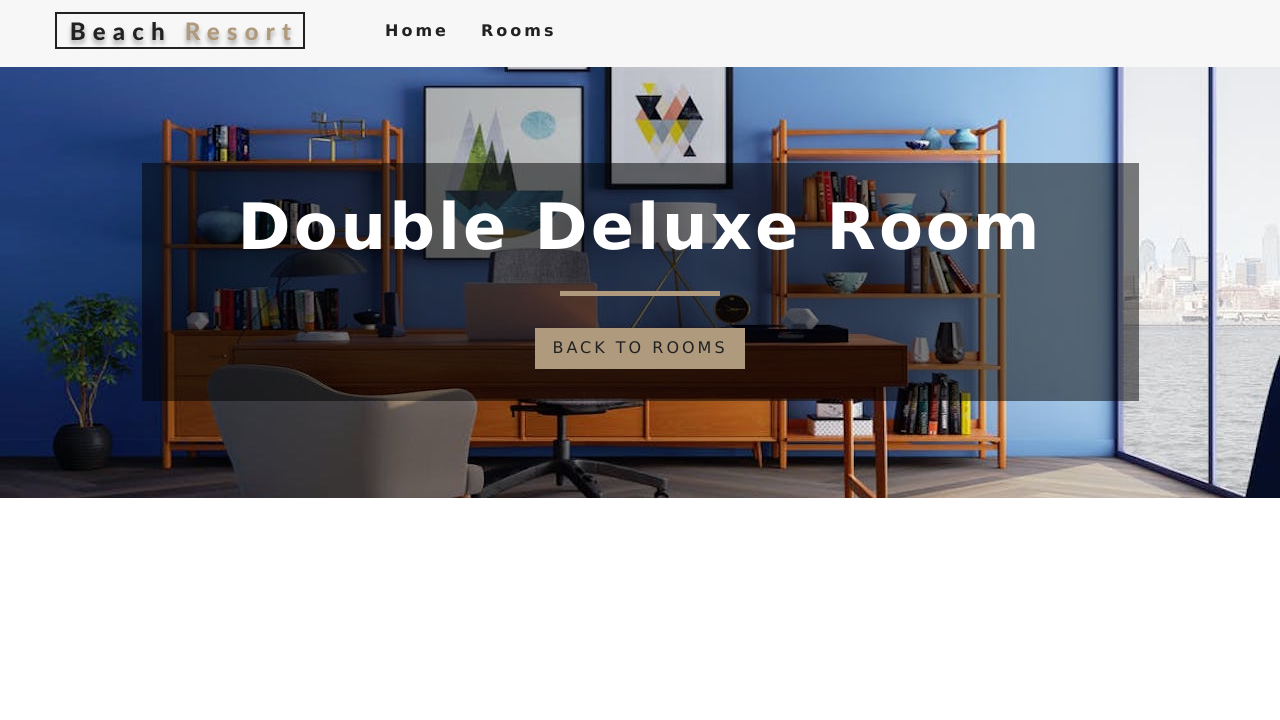
Repository: thanhn379/react-beach-resort
Page: /rooms/double-deluxe
These files come from the project's save history. The page is drawn as it stood at one moment and after the next save; the edit follows.
The browser window is 1280 px wide. The pictures show the whole page.
The project was rebuilt for these pictures with package versions that can differ from the ones it lists, and the page was loaded fresh each time. Also part of the build but not shown: src/components/Hero.js, src/components/Title.js, src/components/Services.js, src/components/Loading.js, src/components/Room.js, src/components/FeaturedRooms.js, src/pages/Home.js, src/pages/Rooms.js and 1 more.

Above is the page before, as saved 2019-11-16 04:02:37.

### public/index.html
<!DOCTYPE html>
<html lang="en">
  <head>
    <meta charset="utf-8" />
    <link rel="icon" href="%PUBLIC_URL%/favicon.ico" />
    <meta name="viewport" content="width=device-width, initial-scale=1" />
    <meta name="theme-color" content="#000000" />
    <meta
      name="description"
      content="Web site created using create-react-app"
    />
    <link rel="apple-touch-icon" href="logo192.png" />
    <!--
      manifest.json provides metadata used when your web app is installed on a
      user's mobile device or desktop. See https://developers.google.com/web/fundamentals/web-app-manifest/
    -->
    <link rel="manifest" href="%PUBLIC_URL%/manifest.json" />
    <!--
      Notice the use of %PUBLIC_URL% in the tags above.
      It will be replaced with the URL of the `public` folder during the build.
      Only files inside the `public` folder can be referenced from the HTML.

      Unlike "/favicon.ico" or "favicon.ico", "%PUBLIC_URL%/favicon.ico" will
      work correctly both with client-side routing and a non-root public URL.
      Learn how to configure a non-root public URL by running `npm run build`.
    -->
    <title>Resort recording</title>
  </head>
  <body>
    <noscript>You need to enable JavaScript to run this app.</noscript>
    <div id="root"></div>
    <!--
      This HTML file is a template.
      If you open it directly in the browser, you will see an empty page.

      You can add webfonts, meta tags, or analytics to this file.
      The build step will place the bundled scripts into the <body> tag.

      To begin the development, run `npm start` or `yarn start`.
      To create a production bundle, use `npm run build` or `yarn build`.
    -->
  </body>
</html>

### src/index.js
import React from "react";
import ReactDOM from "react-dom";
import { BrowserRouter as Router } from "react-router-dom";
// import './index.css';
import App from "./App";
import * as serviceWorker from "./serviceWorker";
import { RoomProvider } from "./context";

ReactDOM.render(
  <RoomProvider>
    <Router>
      <App />
    </Router>
  </RoomProvider>,
  document.getElementById("root")
);

// If you want your app to work offline and load faster, you can change
// unregister() to register() below. Note this comes with some pitfalls.
// Learn more about service workers: https://bit.ly/CRA-PWA
serviceWorker.unregister();

### src/App.js
import React from "react";
import "./App.css";

import NavBar from "./components/NavBar";

import Home from "./pages/Home";
import Rooms from "./pages/Rooms";
import SingleRoom from "./pages/SingleRoom";
import Error from "./pages/Error";

import { Route, Switch } from "react-router-dom";

function App() {
  return (
    <>
      <NavBar />
      <Switch>
        <Route exact path="/" component={Home} />
        <Route exact path="/rooms/" component={Rooms} />
        <Route exact path="/rooms/:slug/" component={SingleRoom} />
        <Route component={Error} />
      </Switch>
    </>
  );
}

export default App;

### src/context.js
import React, { Component } from "react";
import items from "./data";

const RoomContext = React.createContext();

class RoomProvider extends Component {
  state = { rooms: [], sortedRooms: [], featuredRooms: [], loading: true };

  //getData

  componentDidMount() {
    // this.getData
    let rooms = this.formatData(items);
    let featuredRooms = rooms.filter(room => room.featured === true);

    this.setState({ rooms, featuredRooms, sortedRooms: rooms, loading: false });
  }

  formatData(items) {
    let tempItems = items.map(item => {
      let id = item.sys.id;
      let images = item.fields.images.map(image => image.fields.file.url);

      let room = { ...item.fields, images, id };

      return room;
    });

    return tempItems;
  }

  getRoom = slug => {
    let tempRooms = [...this.state.rooms];
    const room = tempRooms.find(room => room.slug === slug);
    return room;
  };

  render() {
    return (
      <RoomContext.Provider value={{ ...this.state, getRoom: this.getRoom }}>
        {this.props.children}
      </RoomContext.Provider>
    );
  }
}

const RoomConsumer = RoomContext.Consumer;

export { RoomProvider, RoomConsumer, RoomContext };

### src/components/NavBar.js
import React, { Component } from "react";
import Logo from "../images/logo.svg";
import { FaAlignRight } from "react-icons/fa";
import { Link } from "react-router-dom";

export default class NavBar extends Component {
  state = {
    isOpen: false
  };
  handleToggle = () => {
    this.setState({ isOpen: !this.state.isOpen });
  };
  render() {
    return (
      <nav className="navbar">
        <div className="nav-center">
          <div className="nav-header">
            <Link to="/">
              <img src={Logo} alt="Beach Resort" />
            </Link>
            <button
              type="button"
              className="nav-btn"
              onClick={this.handleToggle}
            >
              <FaAlignRight className="nav-icon" />
            </button>
          </div>
          <ul
            className={this.state.isOpen ? "nav-links show-nav" : "nav-links"}
          >
            <li>
              <Link to="/">Home</Link>
            </li>
            <li>
              <Link to="/rooms">Rooms</Link>
            </li>
          </ul>
        </div>
      </nav>
    );
  }
}

### src/pages/SingleRoom.js
import React, { Component } from "react";
import defaultBcg from "../images/room-1.jpeg";
import Hero from "../components/Hero";
import Banner from "../components/Banner";
import { Link } from "react-router-dom";
import { RoomContext } from "../context";
import StyledHero from "../components/StyledHero";

export default class SingleRoom extends Component {
  constructor(props) {
    super(props);
    this.state = {
      slug: this.props.match.params.slug,
      defaultBcg
    };
  }

  static contextType = RoomContext;

  render() {
    const { getRoom } = this.context;
    let room = getRoom(this.state.slug);

    if (!room) {
      return (
        <div className="error">
          <h3>no search room could be found...</h3>
          <Link to="/rooms" className="btn-primary">
            back to rooms
          </Link>
        </div>
      );
    }

    const {
      name,
      description,
      capacity,
      size,
      price,
      extrasbreakfast,
      pets,
      images
    } = room;

    let [mainImg, ...defaultImg] = [images];

    return (
      <>
        <StyledHero img={mainImg || this.state.defaultBcg}>
          <Banner title={`${name} room`}>
            <Link to="/rooms" className="btn-primary">
              back to rooms
            </Link>
          </Banner>
        </StyledHero>

        <section className="single-room">
          <div className="single-room-images">
            {defaultImg.map((item, index) => {
              return <img key={index} src={item} alt={name} />;
            })}
          </div>
        </section>
      </>
    );
  }
}

Loaded but not shown: src/serviceWorker.js (common file); src/App.css (common file); src/components/Banner.js (common file); src/components/StyledHero.js (common file); src/data.js (760 lines, source omitted)

After the next save:
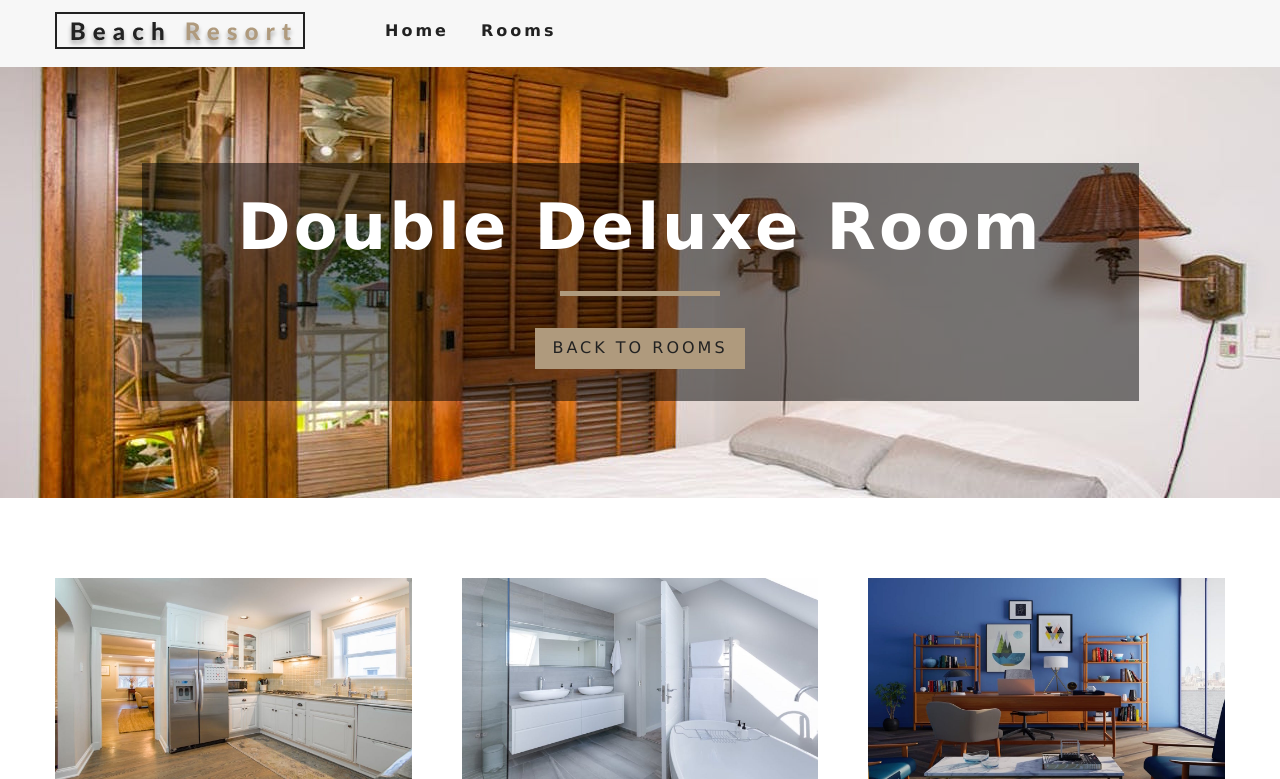
Saved 30 s later.
--- a/src/pages/SingleRoom.js
+++ b/src/pages/SingleRoom.js
@@ -43,7 +43,7 @@ export default class SingleRoom extends Component {
       images
     } = room;
 
-    let [mainImg, ...defaultImg] = [images];
+    let [mainImg, ...defaultImg] = images;
 
     return (
       <>
